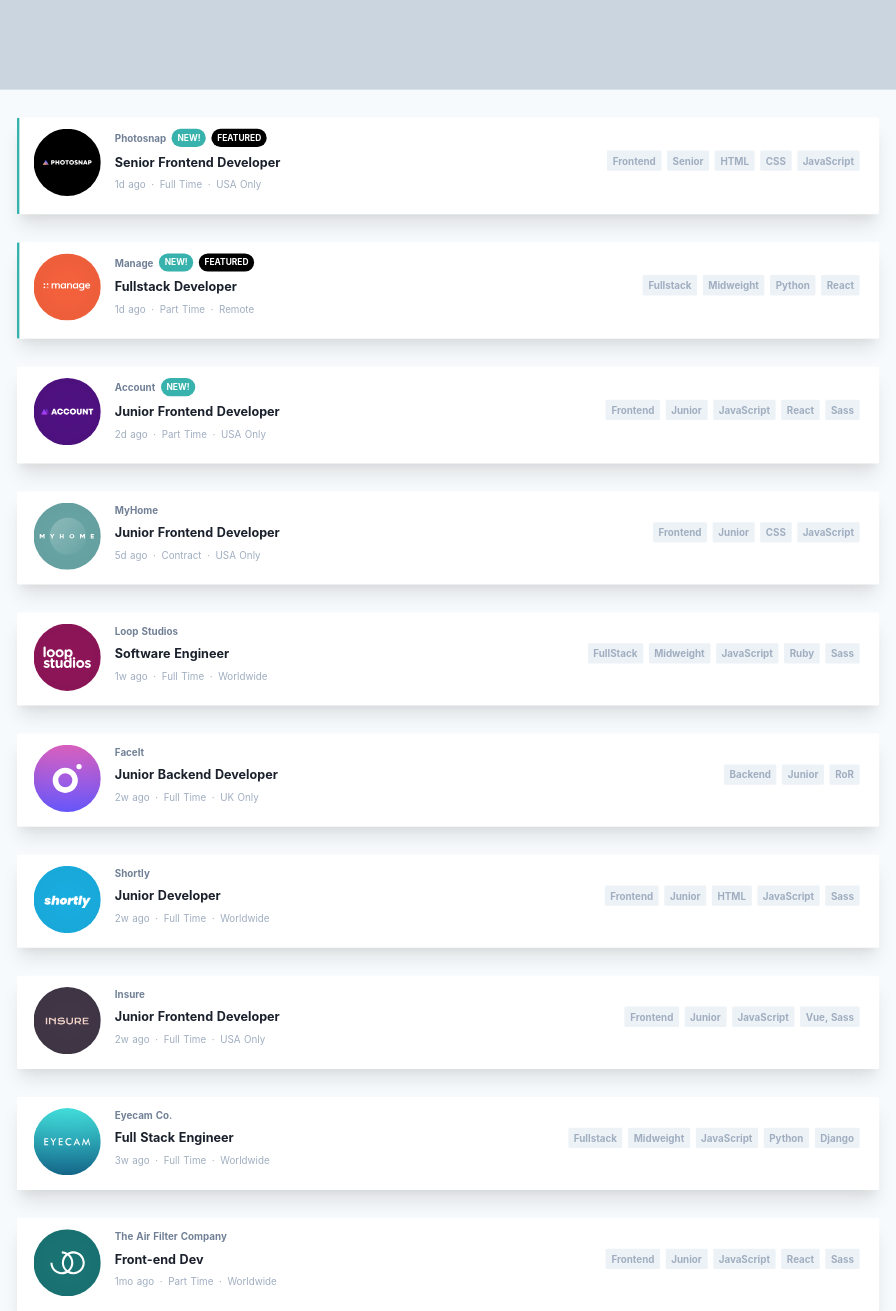
Repository: asongdon/frontendmentor-joblisting
Page: /
An editor plug-in stored every save of this project. The page is shown before and after the next save, followed by the edit.
The browser window is 1280 px wide. The pictures show the whole page, at 70% of full size.
The project was rebuilt for these pictures with package versions that can differ from the ones it lists, and the page was loaded fresh each time. The framework's server and built-in components were replaced by stand-ins that run in the browser. Also part of the build but not shown: nuxt.config.js.

Above is the page before, as saved 2020-04-12 22:36:46.

### layouts/default.vue
<template>
  <div class="h-screen">
    <Header/>
    <nuxt />
  </div>
</template>

<script>
import Header from '@/components/Header.vue'

export default {
  components: {
    Header
  },
}
</script>

<style>
html {
  font-family: 'Inter', -apple-system, BlinkMacSystemFont, 'Segoe UI',
    Roboto, 'Helvetica Neue', Arial, sans-serif;
  font-size: 16px;
  word-spacing: 1px;
  -ms-text-size-adjust: 100%;
  -webkit-text-size-adjust: 100%;
  -moz-osx-font-smoothing: grayscale;
  -webkit-font-smoothing: antialiased;
  box-sizing: border-box;
  @apply bg-gray-100;
}

*,
*:before,
*:after {
  box-sizing: border-box;
  margin: 0;
}

.button--green {
  display: inline-block;
  border-radius: 4px;
  border: 1px solid #3b8070;
  color: #3b8070;
  text-decoration: none;
  padding: 10px 30px;
}

.button--green:hover {
  color: #fff;
  background-color: #3b8070;
}

.button--grey {
  display: inline-block;
  border-radius: 4px;
  border: 1px solid #35495e;
  color: #35495e;
  text-decoration: none;
  padding: 10px 30px;
  margin-left: 15px;
}

.button--grey:hover {
  color: #fff;
  background-color: #35495e;
}
</style>

### pages/index.vue
<template>
  <div class="mt-10">
    <div class="container mx-auto px-6" v-for="item in data" :key="item.id">
      <Maincard
        :logo="item.logo"
        :company="item.company"
        :newStatus="item.new"
        :featured="item.featured"
        :position="item.position"
        :postedAt="item.postedAt"
        :contract="item.contract"
        :location="item.location"
        :languages="item.languages"
        :tools="item.tools"
        :level="item.level"
        :role="item.role"
      />
    </div>
  </div>
</template>

<script>
import Maincard from '@/components/Maincard'
import data from '@/static/data/data.json'

export default {
  components: {
    Maincard
  },
  data() {
    return {
      data
    }
  }
}
</script>

<style>
/* Sample `apply` at-rules with Tailwind CSS
.container {
  @apply min-h-screen flex justify-center items-center text-center mx-auto;
}
*/
</style>

### components/Header.vue
<template>
  <div class="w-full h-32 bg-gray-400"></div>
</template>

<script>
export default {}
</script>

<style></style>

### components/Maincard.vue
<template>
  <div
    class="flex flex-col lg:flex-row lg:justify-between flex-no-wrap rounded-sm px-5 bg-white shadow-xl py-4 mb-10 border-l-4 border-white"
    :class="{ 'border-l-4': featured, 'border-teal-500': featured }"
  >
    <div class="lg:flex lg:justify-between">
      <!-- Logo -->
      <div class="-mt-10 mb-2 lg:mt-0 lg:mb-0 lg:mr-5">
        <img class="w-12 lg:w-24" :src="'/logos/' + logo" alt="" />
      </div>
      <!-- End Logo -->

      <!-- Info -->
      <div>
        <div class="flex items-center">
          <div class="text-sm font-bold text-gray-600 lg:text-md">
            {{ company }}
          </div>
          <div class="flex text-xs font-bold">
            <div
              v-if="newStatus"
              class=" bg-teal-500 text-white rounded-full px-2 py-1 uppercase ml-2"
            >
              New!
            </div>
            <div
              v-if="featured"
              class="bg-black text-white rounded-full px-2 py-1 uppercase ml-2"
            >
              Featured
            </div>
          </div>
        </div>

        <div class="mt-2 font-bold text-gray-900 lg:text-lg">
          {{ position }}
        </div>

        <div
          class="flex text-xs mt-2 mb-4 text-gray-500 border-b border-gray-200 pb-4 lg:border-0 lg:mb-0 lg:text-sm"
        >
          <div class="mr-2">{{ postedAt }}</div>
          <div class="mr-2">·</div>
          <div class="mr-2">{{ contract }}</div>
          <div class="mr-2">·</div>
          <div>{{ location }}</div>
        </div>
      </div>
    </div>
    <!-- End Info -->

    <!-- Tags -->
    <div class="flex flex-wrap justify-start lg:justify-end lg:items-center">
      <div
        class="px-2 py-1 bg-gray-200 text-gray-500 rounded-sm font-bold mr-2 mb-4 text-sm lg:text-md"
      >
        {{ role }}
      </div>
      <div
        class="px-2 py-1 bg-gray-200 text-gray-500 rounded-sm font-bold mr-2 mb-4 text-sm"
      >
        {{ level }}
      </div>
      <div
        v-for="tag in languages"
        :key="tag.id"
        class="px-2 py-1 bg-gray-200 text-gray-500 rounded-sm font-bold mr-2 mb-4 text-sm"
      >
        {{ tag }}
      </div>
      <div
        v-for="tool in tools"
        :key="tool.id"
        class="px-2 py-1 bg-gray-200 text-gray-500 rounded-sm font-bold mr-2 mb-4 text-sm"
      >
        {{ tool }}
      </div>
    </div>
    <!-- End Tags -->
  </div>
</template>

<script>
export default {
  props: {
    logo: String,
    company: String,
    newStatus: Boolean,
    featured: Boolean,
    position: String,
    postedAt: String,
    contract: String,
    location: String,
    languages: Array,
    tools: Array,
    level: String,
    role: String
  }
}
</script>

<style></style>

### static/data/data.json
[
  {
    "id": 1,
    "company": "Photosnap",
    "logo": "photosnap.svg",
    "new": true,
    "featured": true,
    "position": "Senior Frontend Developer",
    "role": "Frontend",
    "level": "Senior",
    "postedAt": "1d ago",
    "contract": "Full Time",
    "location": "USA Only",
    "languages": ["HTML", "CSS", "JavaScript"]
  },
  {
    "id": 2,
    "company": "Manage",
    "logo": "manage.svg",
    "new": true,
    "featured": true,
    "position": "Fullstack Developer",
    "role": "Fullstack",
    "level": "Midweight",
    "postedAt": "1d ago",
    "contract": "Part Time",
    "location": "Remote",
    "languages": ["Python"],
    "tools": ["React"]
  },
  {
    "id": 3,
    "company": "Account",
    "logo": "account.svg",
    "new": true,
    "featured": false,
    "position": "Junior Frontend Developer",
    "role": "Frontend",
    "level": "Junior",
    "postedAt": "2d ago",
    "contract": "Part Time",
    "location": "USA Only",
    "languages": ["JavaScript"],
    "tools": ["React", "Sass"]
  },
  {
    "id": 4,
    "company": "MyHome",
    "logo": "myhome.svg",
    "new": false,
    "featured": false,
    "position": "Junior Frontend Developer",
    "role": "Frontend",
    "level": "Junior",
    "postedAt": "5d ago",
    "contract": "Contract",
    "location": "USA Only",
    "languages": ["CSS", "JavaScript"]
  },
  {
    "id": 5,
    "company": "Loop Studios",
    "logo": "loop-studios.svg",
    "new": false,
    "featured": false,
    "position": "Software Engineer",
    "role": "FullStack",
    "level": "Midweight",
    "postedAt": "1w ago",
    "contract": "Full Time",
    "location": "Worldwide",
    "languages": ["JavaScript"],
    "tools": ["Ruby", "Sass"]
  },
  {
    "id": 6,
    "company": "FaceIt",
    "logo": "faceit.svg",
    "new": false,
    "featured": false,
    "position": "Junior Backend Developer",
    "role": "Backend",
    "level": "Junior",
    "postedAt": "2w ago",
    "contract": "Full Time",
    "location": "UK Only",
    "tools": ["RoR"]
  },
  {
    "id": 7,
    "company": "Shortly",
    "logo": "shortly.svg",
    "new": false,
    "featured": false,
    "position": "Junior Developer",
    "role": "Frontend",
    "level": "Junior",
    "postedAt": "2w ago",
    "contract": "Full Time",
    "location": "Worldwide",
    "languages": ["HTML", "JavaScript"],
    "tools": ["Sass"]
  },
  {
    "id": 8,
    "company": "Insure",
    "logo": "insure.svg",
    "new": false,
    "featured": false,
    "position": "Junior Frontend Developer",
    "role": "Frontend",
    "level": "Junior",
    "postedAt": "2w ago",
    "contract": "Full Time",
    "location": "USA Only",
    "languages": ["JavaScript"],
    "tools": ["Vue, Sass"]
  },
  {
    "id": 9,
    "company": "Eyecam Co.",
    "logo": "eyecam-co.svg",
    "new": false,
    "featured": false,
    "position": "Full Stack Engineer",
    "role": "Fullstack",
    "level": "Midweight",
    "postedAt": "3w ago",
    "contract": "Full Time",
    "location": "Worldwide",
    "languages": ["JavaScript", "Python"],
    "tools": ["Django"]
  },
  {
    "id": 10,
    "company": "The Air Filter Company",
    "logo": "the-air-filter-company.svg",
    "new": false,
    "featured": false,
    "position": "Front-end Dev",
    "role": "Frontend",
    "level": "Junior",
    "postedAt": "1mo ago",
    "contract": "Part Time",
    "location": "Worldwide",
    "languages": ["JavaScript"],
    "tools": ["React", "Sass"]
  }
]

Loaded but not shown: assets/css/tailwind.css (common file); tailwind.config.js (common file); store/filter.js (no copy from this time; the picture is the same without it); store/index.js (no copy from this time; the picture is the same without it)

After the next save:
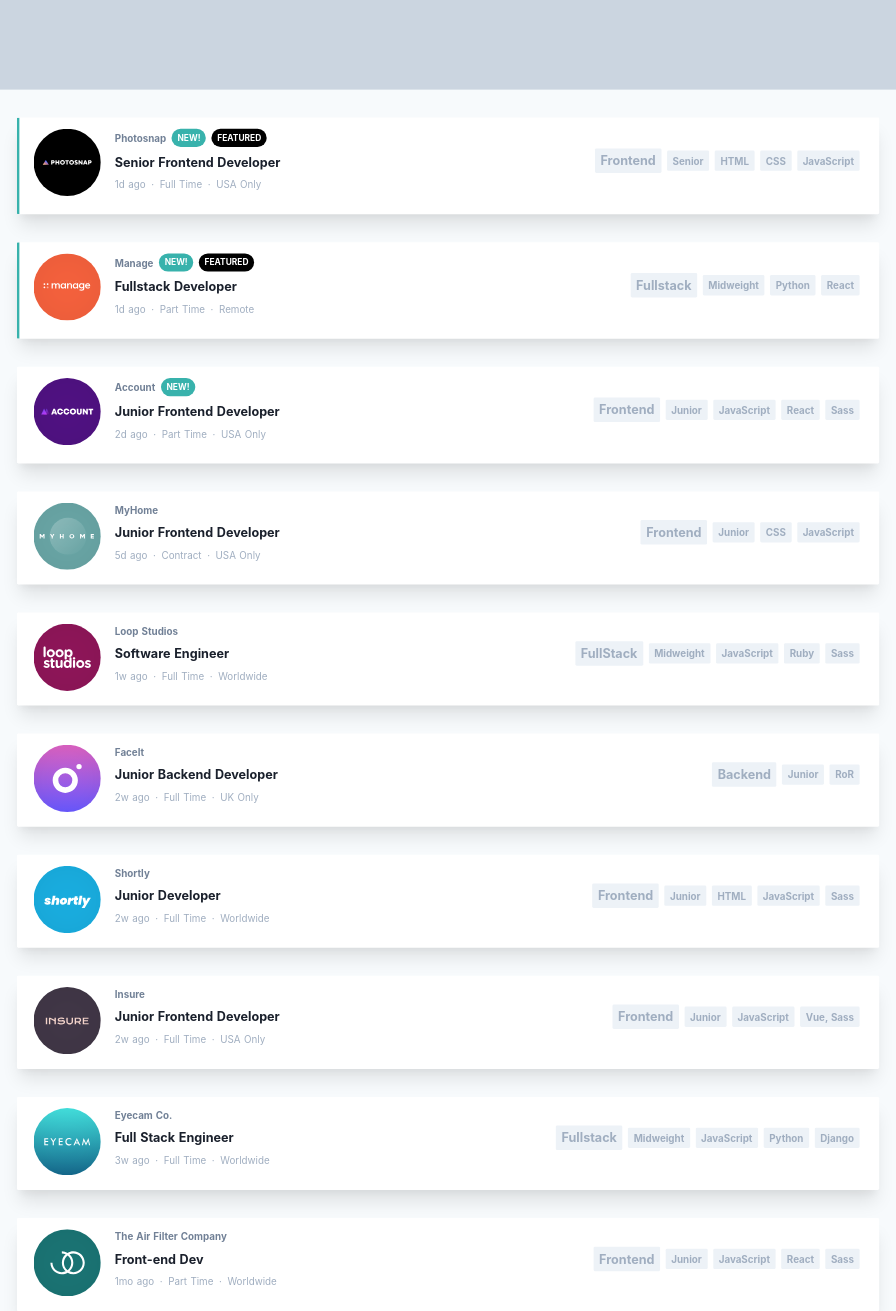
Saved 15 s later.
--- a/components/Maincard.vue
+++ b/components/Maincard.vue
@@ -52,7 +52,7 @@
     <!-- Tags -->
     <div class="flex flex-wrap justify-start lg:justify-end lg:items-center">
       <div
-        class="px-2 py-1 bg-gray-200 text-gray-500 rounded-sm font-bold mr-2 mb-4 text-sm lg:text-md"
+        class="px-2 py-1 bg-gray-200 text-gray-500 rounded-sm font-bold mr-2 mb-4 text-sm lg:text-lg"
       >
         {{ role }}
       </div>

After the save that followed:
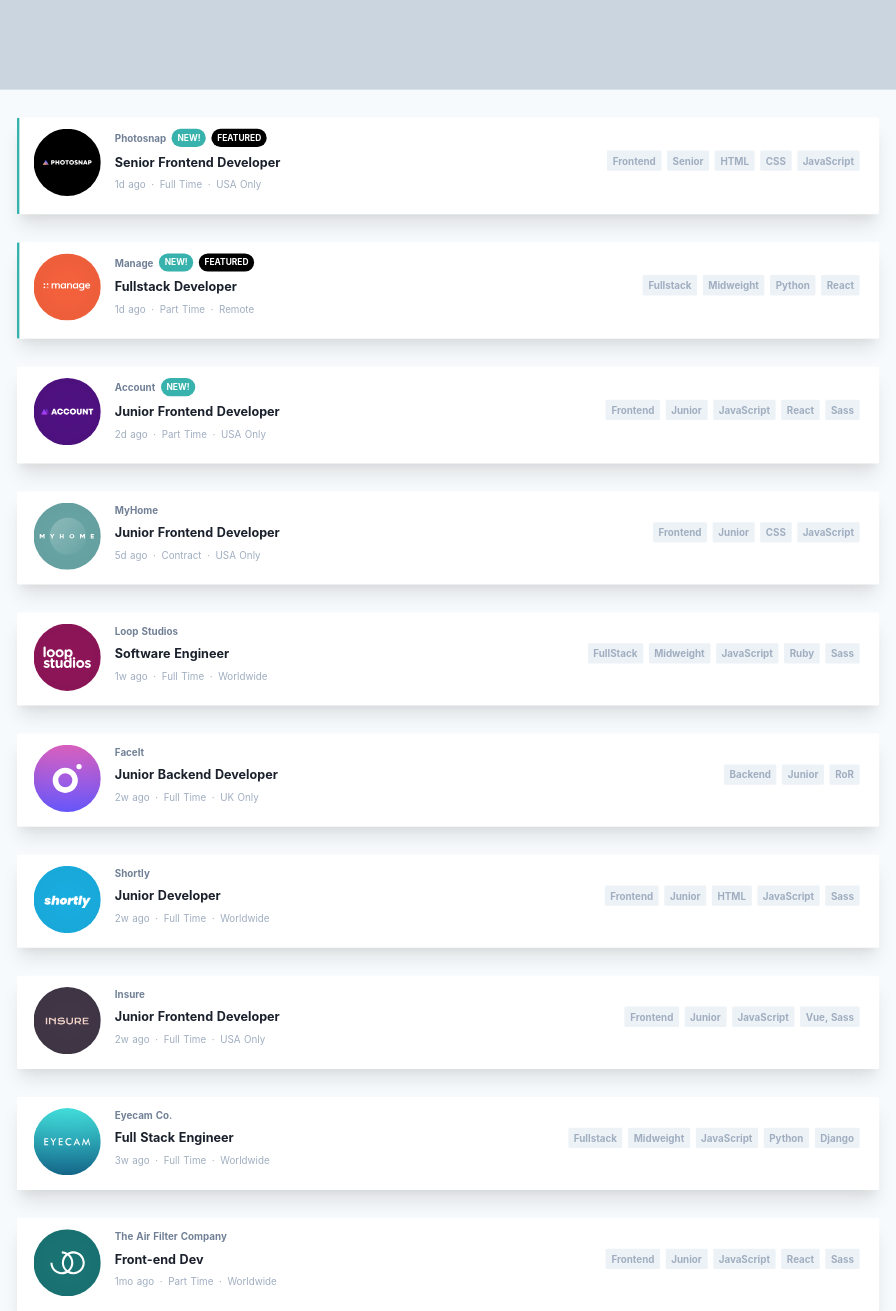
Saved 5 s later.
--- a/components/Maincard.vue
+++ b/components/Maincard.vue
@@ -52,7 +52,7 @@
     <!-- Tags -->
     <div class="flex flex-wrap justify-start lg:justify-end lg:items-center">
       <div
-        class="px-2 py-1 bg-gray-200 text-gray-500 rounded-sm font-bold mr-2 mb-4 text-sm lg:text-lg"
+        class="px-2 py-1 bg-gray-200 text-gray-500 rounded-sm font-bold mr-2 mb-4 text-sm lg:text-md"
       >
         {{ role }}
       </div>
